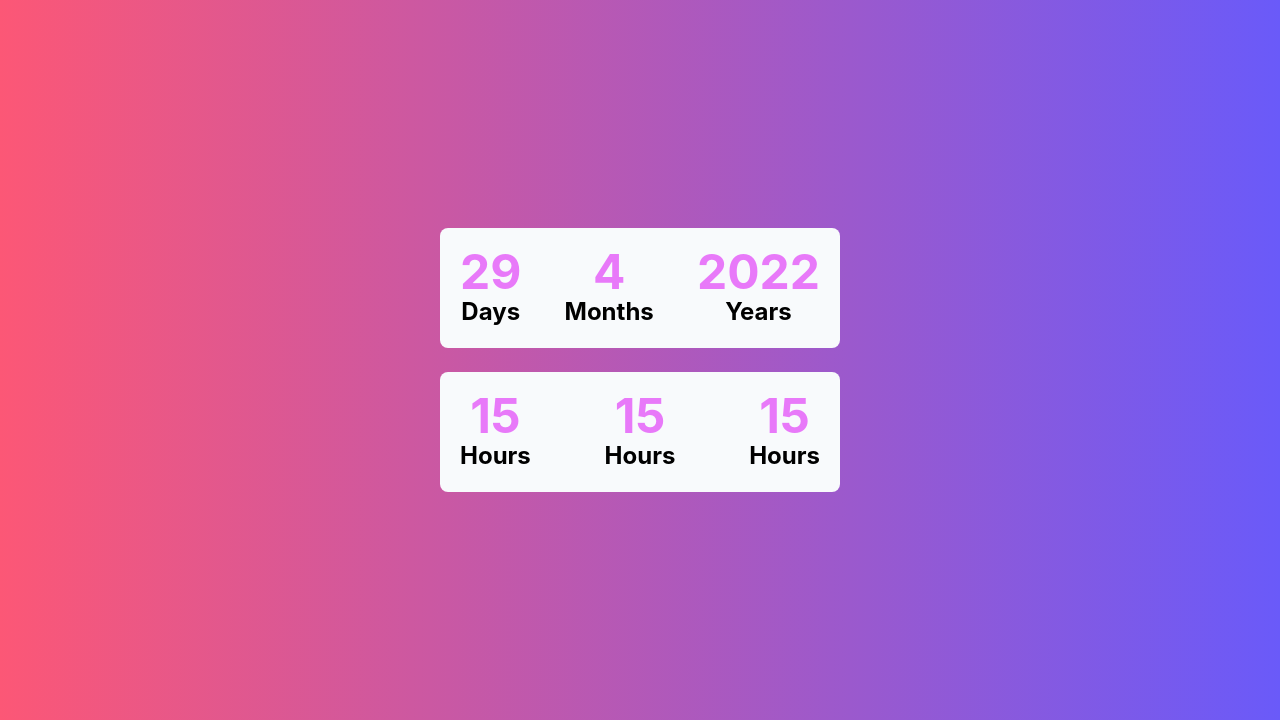
Repository: huynhsang96/bt_codegymHook
Page: /
An editor plug-in stored every save of this project. The page is shown before and after the next save, followed by the edit.
The browser window is 1280 px wide. The pictures show the whole page.
The project was rebuilt for these pictures with package versions that can differ from the ones it lists, and the page was loaded fresh each time.

Above is the page before, as saved 2022-04-29 16:45:28.

### src/index.js
import React from "react";
import ReactDOM from "react-dom/client";
import "./index.css";
import App from "./App";
import reportWebVitals from "./reportWebVitals";

const root = ReactDOM.createRoot(document.getElementById("root"));
root.render(
	<React.StrictMode>
		<App />
	</React.StrictMode>
);

reportWebVitals();

### src/index.css
body {
	margin: 0;
	font-family: -apple-system, BlinkMacSystemFont, "Segoe UI", "Roboto", "Oxygen",
		"Ubuntu", "Cantarell", "Fira Sans", "Droid Sans", "Helvetica Neue",
		sans-serif;
	-webkit-font-smoothing: antialiased;
	-moz-osx-font-smoothing: grayscale;
}

code {
	font-family: source-code-pro, Menlo, Monaco, Consolas, "Courier New",
		monospace;
}
@tailwind base;
@tailwind components;
@tailwind utilities;

### src/App.js
import "./App.css";
import Clock from "./component/ClockHook/Clock";

function App() {
	return (
		<div>
			<Clock></Clock>
		</div>
	);
}

export default App;

### src/App.css
*,
*::before,
*::after {
	box-sizing: border-box;
}
* {
	margin: 0;
}

html,
body {
	height: 100%;
}
body {
	line-height: 1.5;
	-webkit-font-smoothing: antialiased;
	-webkit-tap-highlight-color: rgba(0, 0, 0, 0);

	background-image: linear-gradient(to right, #fc5776, #6a5af9);
	display: flex;
	justify-content: center;
	align-items: center;
	height: 100vh;
}

img,
picture,
video,
canvas,
svg {
	display: block;
	max-width: 100%;
}
input,
button,
textarea,
select {
	font: inherit;
	outline: none;
	border: none;
}
p,
h1,
h2,
h3,
h4,
h5,
h6 {
	overflow-wrap: break-word;
}

### src/component/ClockHook/Clock.js
import React, { useEffect, useState } from "react";

const Clock = () => {
	const [now, setNow] = useState(new Date());
	useEffect(() => {
		const timer = setInterval(() => {
			setNow(new Date());
		}, 1000);
		return () => clearInterval(timer);
	}, [now]);
	const years = now.getFullYear();
	const months = now.getMonth() + 1;
	const days = now.getDate();
	const hours = now.getHours();
	const minutes = now.getMinutes();
	const seconds = now.getSeconds();

	// console.log(seconds < 10 ? "0" + seconds : seconds);

	return (
		<div className="p-5 w-full h-full mx-auto">
			<ul className="flex w-[400px] flex-row justify-between bg-slate-50 p-5 rounded-lg">
				<li className="flex flex-col justify-center text-center">
					<span className="font-bold text-5xl text-fuchsia-400">{days}</span>
					<span className="font-bold text-2xl">Days</span>
				</li>
				<li className="flex flex-col justify-center text-center">
					<span className="font-bold text-5xl text-fuchsia-400">{months}</span>
					<span className="font-bold text-2xl">Months</span>
				</li>
				<li className="flex flex-col justify-center text-center">
					<span className="font-bold text-5xl text-fuchsia-400">{years}</span>
					<span className="font-bold text-2xl">Years</span>
				</li>
			</ul>
			<br></br>
			<ul className="flex flex-row justify-between bg-slate-50 p-5 rounded-lg">
				<li className="flex flex-col justify-center text-center">
					<span className="font-bold text-5xl text-fuchsia-400">{hours}</span>
					<span className="font-bold text-2xl">Hours</span>
				</li>
				<li className="flex flex-col justify-center text-center">
					<span className="font-bold text-5xl text-fuchsia-400">{hours}</span>
					<span className="font-bold text-2xl">Hours</span>
				</li>
				<li className="flex flex-col justify-center text-center">
					<span className="font-bold text-5xl text-fuchsia-400">{hours}</span>
					<span className="font-bold text-2xl">Hours</span>
				</li>
			</ul>
		</div>
	);
};

export default Clock;

Loaded but not shown: public/index.html (common file); src/reportWebVitals.js (common file); tailwind.config.js (common file)

After the next save:
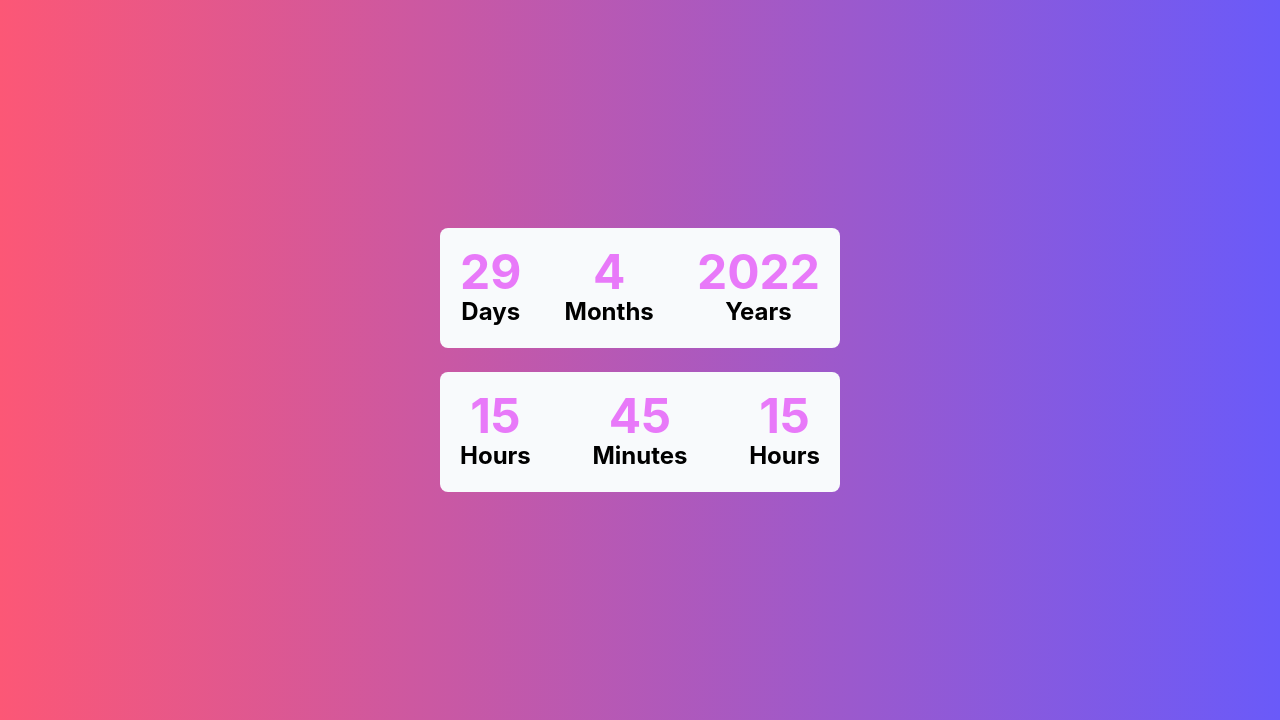
Saved 29 s later.
--- a/src/component/ClockHook/Clock.js
+++ b/src/component/ClockHook/Clock.js
@@ -40,8 +40,8 @@ const Clock = () => {
 					<span className="font-bold text-2xl">Hours</span>
 				</li>
 				<li className="flex flex-col justify-center text-center">
-					<span className="font-bold text-5xl text-fuchsia-400">{hours}</span>
-					<span className="font-bold text-2xl">Hours</span>
+					<span className="font-bold text-5xl text-fuchsia-400">{minutes}</span>
+					<span className="font-bold text-2xl">Minutes</span>
 				</li>
 				<li className="flex flex-col justify-center text-center">
 					<span className="font-bold text-5xl text-fuchsia-400">{hours}</span>
